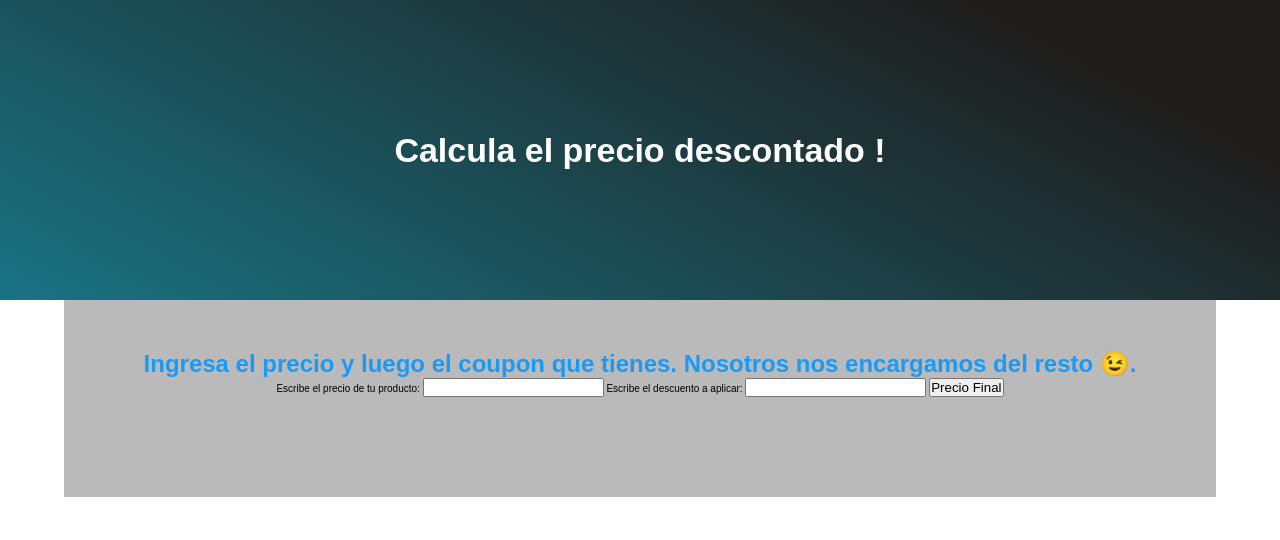
Repository: ChristianGecchelin/javascript-project
Page: javascript-project/descuentos y porcentajes/descuentos.html
The author's editor kept a copy of each file at every save. The page is drawn from the files as they stood at one save, then again after the next save.
The browser window is 1280 px wide. The pictures show the whole page.

Above is the page before, as saved 2021-12-05 18:18:58.

After the next save:
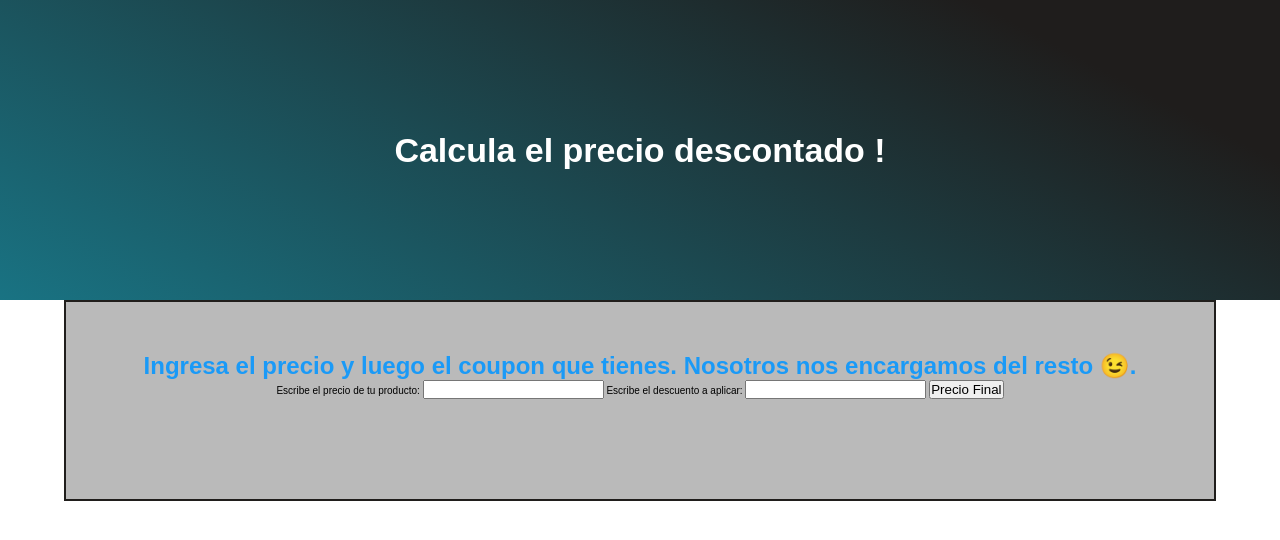
Saved 39 s later.
--- a/javascript-project/descuentos y porcentajes/style.css
+++ b/javascript-project/descuentos y porcentajes/style.css
@@ -54,6 +54,7 @@ header .header--title-container h1 {
   padding-bottom: 100px;
   text-align: center;
   background-color: #bababa;
+  border: 2px solid var(--warm-black);
 }
 .title-container .title {
   font-size: 2.4rem;
